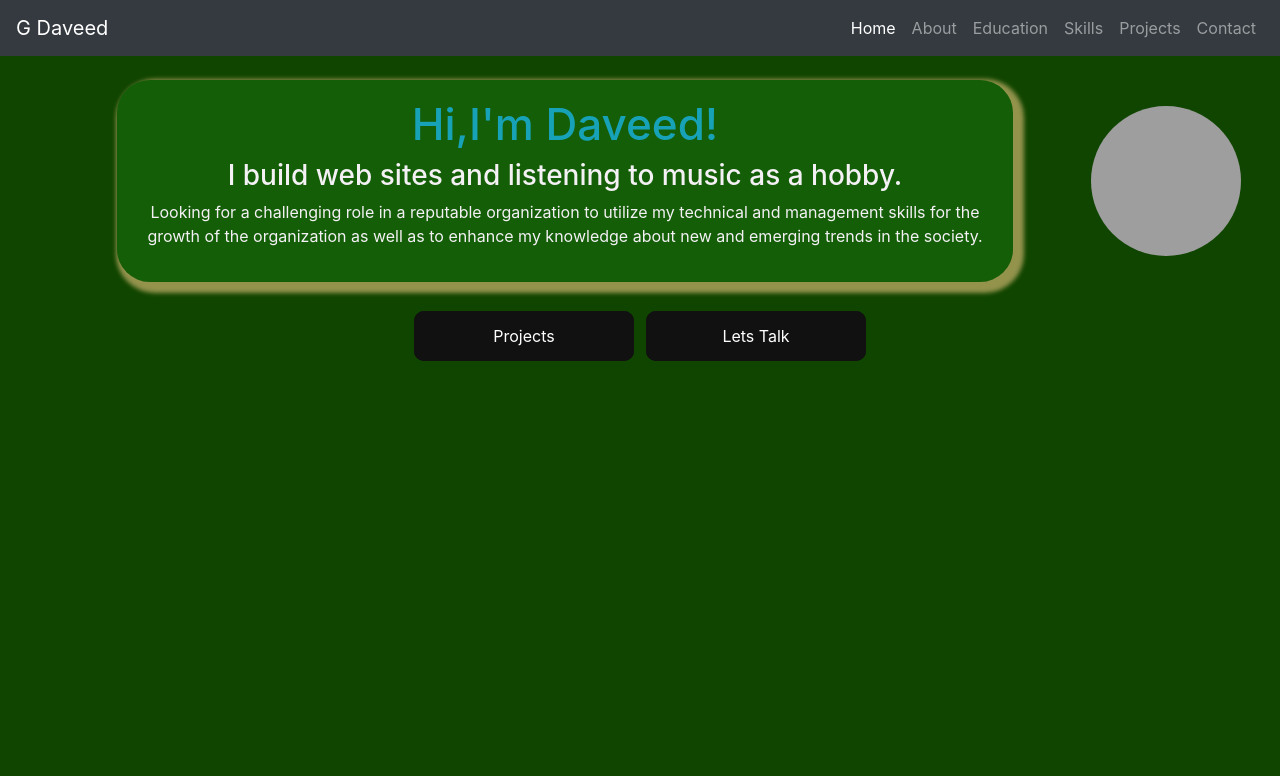
Repository: DaveedGangi/DaveedWebsite
Page: one.html
These files come from the project's save history. The page is drawn as it stood at one moment and after a run of saves; the edit follows.
The browser window is 1280 px wide. The pictures show the whole page.
Pictures or frames that could not be fetched are drawn as grey boxes.

Above is the page before, as saved 2023-10-23 13:31:43.

After the next 2 saves:
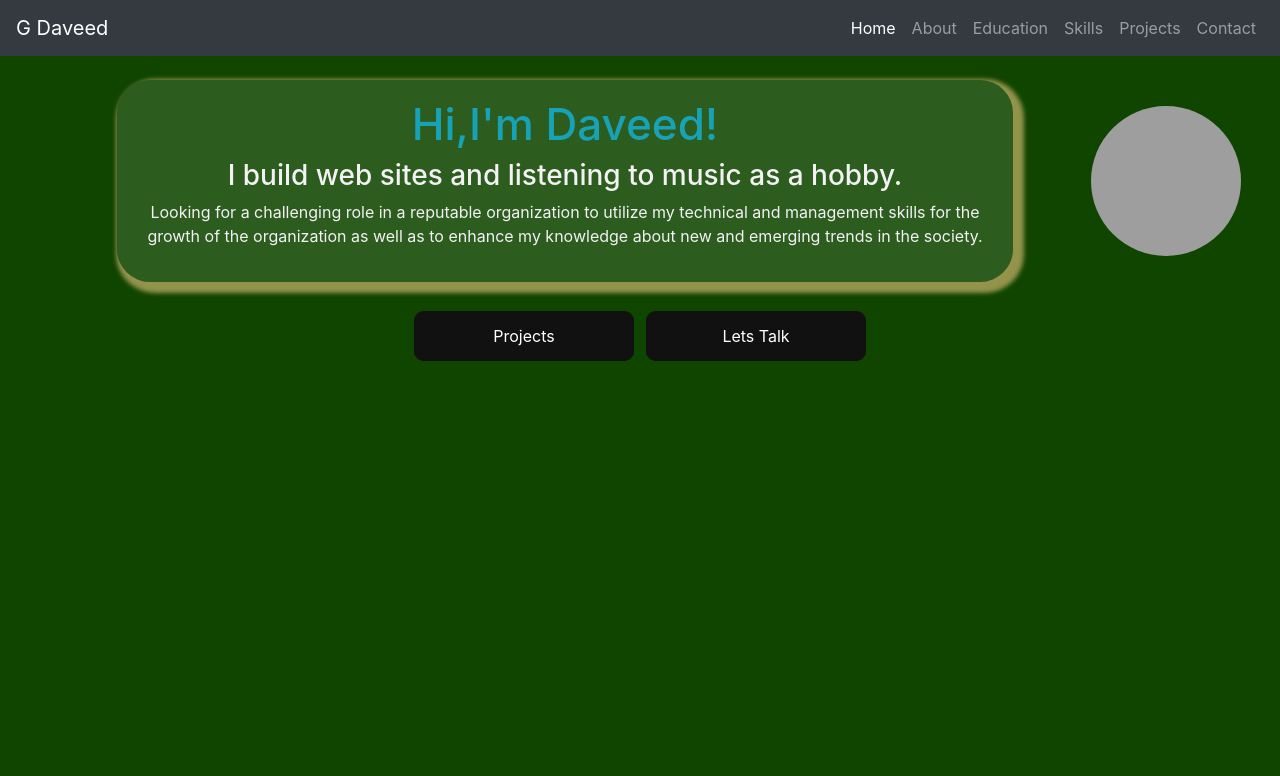
The 2 saves are shown as one change because they came seconds apart.
The last was saved 6 s later.
--- a/two.css
+++ b/two.css
@@ -31,7 +31,7 @@
 .card1{
 
     width:70vw;
-    background-color: rgba(48, 216, 48, 0.174);
+    background-color: rgba(177, 205, 177, 0.174);
     border-radius: 33px;
     display: flex;
     padding:18px;
